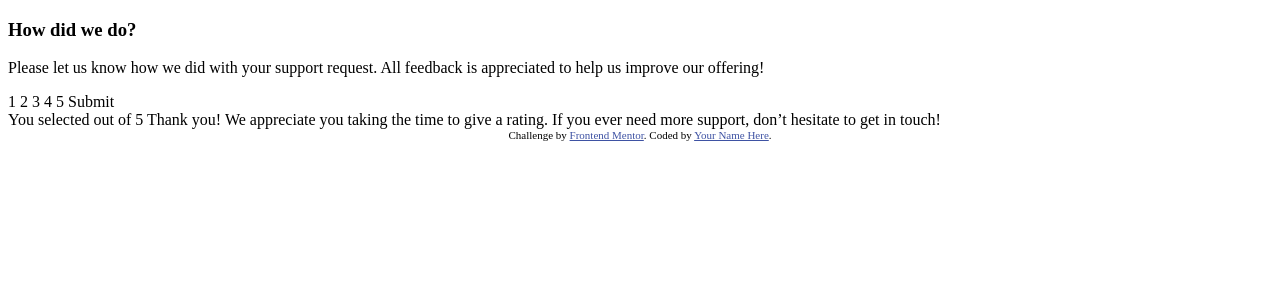
Repository: huynhnhutanhduy/interactive-rating-component
Page: index.html
An editor plug-in stored every save of this project. The page is shown before and after the next save, followed by the edit.
The browser window is 1280 px wide. The pictures show the whole page.

Above is the page before, as saved 2022-10-19 09:25:00.

### index.html
<!DOCTYPE html>
<html lang="en">
  <head>
    <meta charset="UTF-8" />
    <meta name="viewport" content="width=device-width, initial-scale=1.0" />
    <!-- displays site properly based on user's device -->
    <link rel="icon" type="image/png" sizes="32x32" href="./images/favicon-32x32.png" />
    <title>Frontend Mentor | Interactive rating component</title>
    <link rel="stylesheet" href="./app.css" />
  </head>
  <body>
    <main>
      <!-- Rating state start -->
      <article>
        <h3 class="rating-title">How did we do?</h3>
        <p class="rating-desc">
          Please let us know how we did with your support request. All feedback is appreciated
          to help us improve our offering!
        </p>
        1 2 3 4 5 Submit
      </article>
      <!-- Rating state end -->

      <!-- Thank you state start -->
      <article>
        You selected
        <!-- Add rating here -->
        out of 5 Thank you! We appreciate you taking the time to give a rating. If you ever
        need more support, don’t hesitate to get in touch!

        <!-- Thank you state end -->
      </article>
    </main>

    <footer class="attribution">
      Challenge by
      <a href="https://www.frontendmentor.io?ref=challenge" target="_blank">Frontend Mentor</a
      >. Coded by <a href="#">Your Name Here</a>.
    </footer>

    <script src="./app.js"></script>
  </body>
</html>

Loaded but not shown: app.css (common file); app.js (no stored copy; drawn as an empty file)

After the next save:
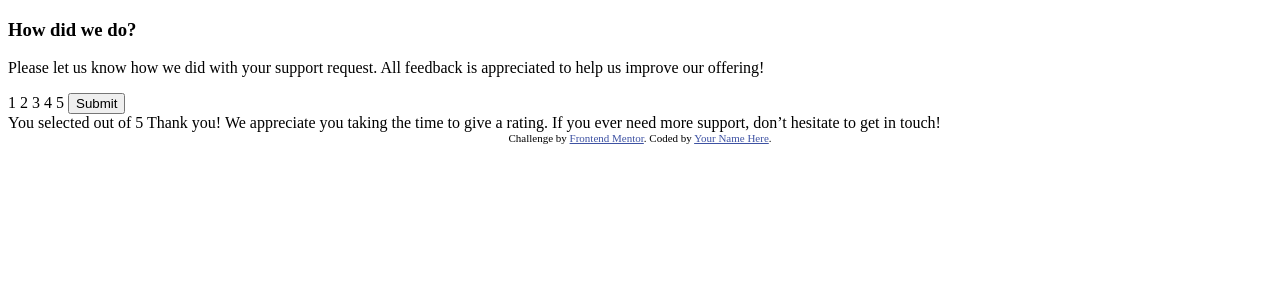
Saved 30 s later.
--- a/index.html
+++ b/index.html
@@ -17,7 +17,8 @@
           Please let us know how we did with your support request. All feedback is appreciated
           to help us improve our offering!
         </p>
-        1 2 3 4 5 Submit
+        1 2 3 4 5
+        <button type="submit">Submit</button>
       </article>
       <!-- Rating state end -->
 
